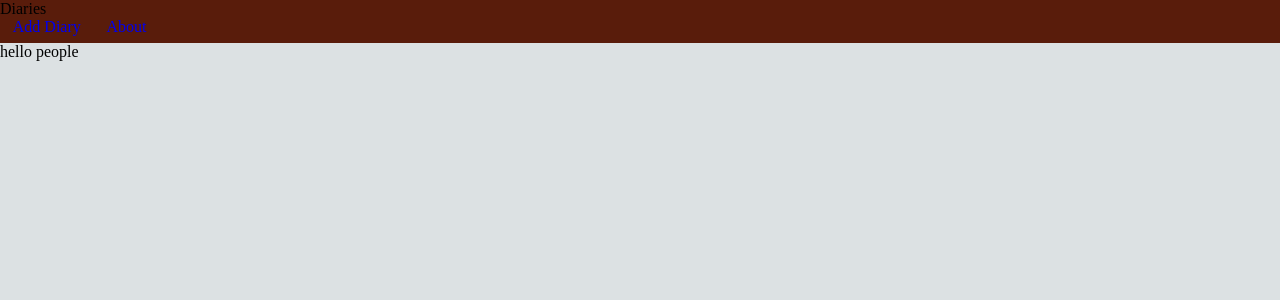
Repository: Tun-Dev/mydiary
Page: /
These files come from the project's save history. The page is drawn as it stood at one moment and after the next save; the edit follows.
The browser window is 1280 px wide. The pictures show the whole page.
The project was rebuilt for these pictures with package versions that can differ from the ones it lists, and the page was loaded fresh each time.

Above is the page before, as saved 2021-05-10 12:22:20.

### src/index.js
import React from 'react';
import ReactDOM from 'react-dom';
import {BrowserRouter} from 'react-router-dom'
import App from './App';


ReactDOM.render(

  <React.StrictMode>
  <BrowserRouter>
    <App />
    </BrowserRouter>
  </React.StrictMode>,
  document.getElementById('root')
);

// If you want to start measuring performance in your app, pass a function
// to log results (for example: reportWebVitals(console.log))
// or send to an analytics endpoint. Learn more: https://bit.ly/CRA-vitals

### src/App.js
import React, { useState, useEffect} from "react";
import GlobalStyle from './GlobalStyle'

// import styles
import Nav from './Layout/Nav.js';

function App() {
  // const [ name, setName ] = useState("");
  // useEffect( () => {
  //   fetch("https://my-json-server.typicode.com/Codeinwp/front-end-internship-api/posts")
  // .then((response) => response.json())
  // .then((data) => setName(data)
  // )
  // }, [] )
  return (
    <div className="App">
    <GlobalStyle />
    <Nav />
    <div className="container">
      <p>hello people </p>
    </div>
    </div>
  );
}

export default App;

### src/GlobalStyle.js
import {createGlobalStyle} from 'styled-components';

const GlobalStyle = createGlobalStyle`
  * {
      margin: 0;
      padding: 0;
      box-sizing: border-box;
  }
  body {

 background-color: #dce1e3;
}
 a {
    text-decoration: none;
}
`

export default GlobalStyle;

### src/Layout/Nav.js
import React from 'react';
import styled from 'styled-components';
import {Link} from 'react-router-dom'

const Nav = () => {
    return (
        <NavBar>
          <nav>
         <div className="header">
           Diaries
         </div>
         <ul className="navItens">
           <li><Link to="">Add Diary</Link></li>
           <li><Link to="">About</Link></li>
         </ul>
          </nav>
        </NavBar>
    )
}
const NavBar = styled.div`
     background-color: #591c0b;
     height: 6vh;
     color: #dce1e3
  nav {
    display: flex;
    justify-content: space-between;
    align-items: center;

}
ul {
    display: flex;
}
ul li {
    list-style: none;
    margin: 0 0.8rem;

}
`;

export default Nav;

Loaded but not shown: public/index.html (common file)

After the next save:
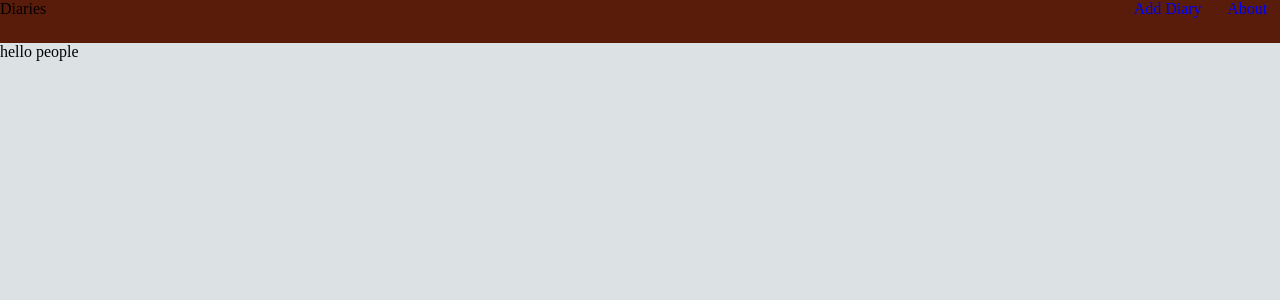
Saved 39 s later.
--- a/src/Layout/Nav.js
+++ b/src/Layout/Nav.js
@@ -20,7 +20,6 @@ const Nav = () => {
 const NavBar = styled.div`
      background-color: #591c0b;
      height: 6vh;
-     color: #dce1e3
   nav {
     display: flex;
     justify-content: space-between;
@@ -33,7 +32,6 @@ ul {
 ul li {
     list-style: none;
     margin: 0 0.8rem;
-
 }
 `;
 
